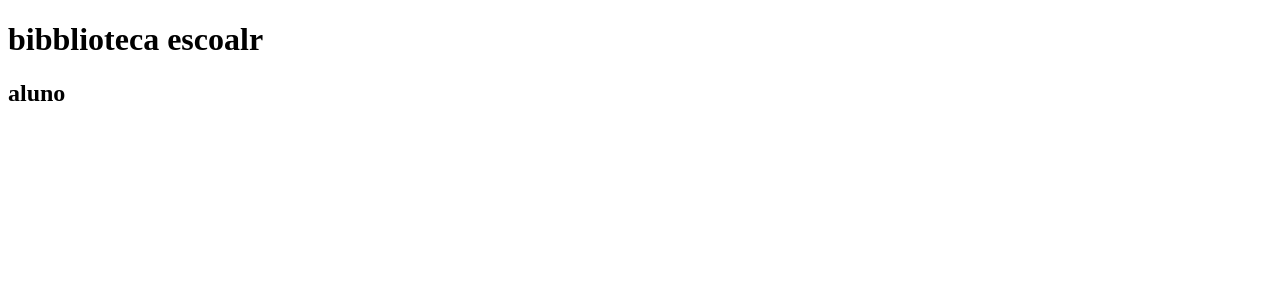
Repository: melloeduarda/html
Page: index.html
These files come from the project's save history. The page is drawn as it stood at one moment and after a run of saves; the edit follows.
The browser window is 1280 px wide. The pictures show the whole page.

Above is the page before, as saved 2026-10-28 15:09:18.

### index.html
<!DOCTYPE html>
<html lang = "pt-br">
<head>
    <meta charset = "UTF-8">
    <meta name = "viewport" content="widnt=device-width, initial -scale1.0">
    <title>Biblioteca Escolar</title>
    <link rel = "stylesheet" href="estilo.css">
    </head>
    <body>

<header>
    <h1>bibblioteca escoalr</h1>
    <h2>aluno

Loaded but not shown: estilo.css (no copy from this time; the picture is the same without it)

After the next 3 saves:
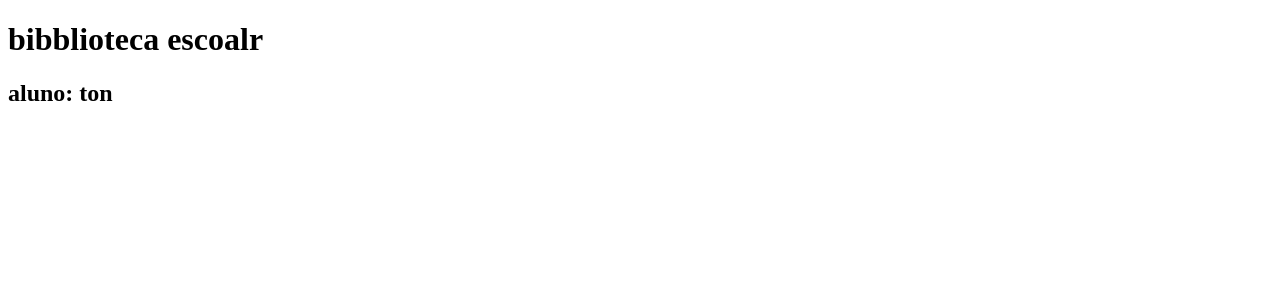
The 3 saves are shown as one change because they came seconds apart.
The last was saved 11 s later.
--- a/index.html
+++ b/index.html
@@ -10,4 +10,4 @@
 
 <header>
     <h1>bibblioteca escoalr</h1>
-    <h2>aluno
+    <h2>aluno: ton
